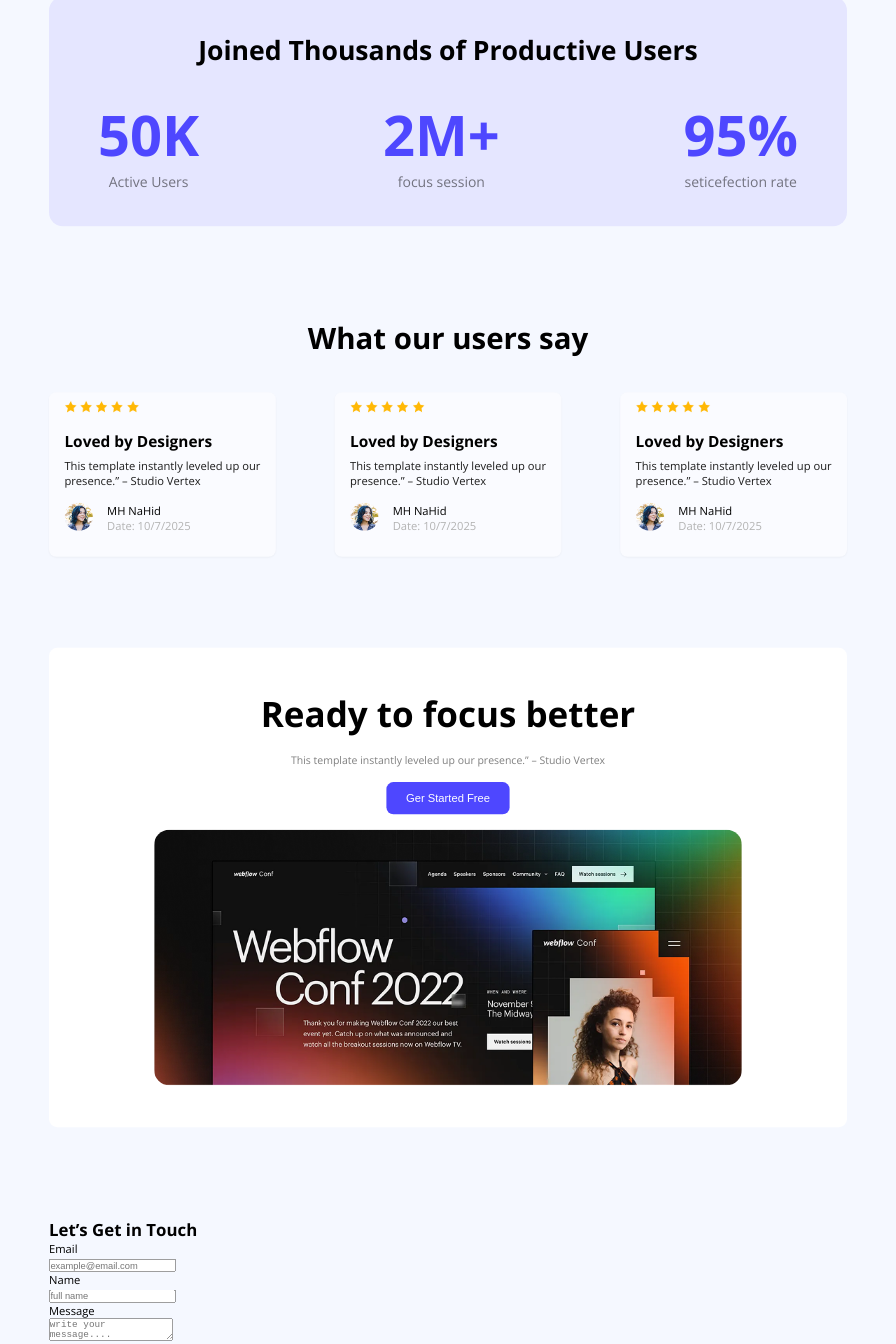
Repository: nahid-hasann/website-3
Page: index.html
An editor plug-in stored every save of this project. The page is shown before and after the next save, followed by the edit.
The browser window is 1280 px wide. The pictures show the part of the page from y = 1306 to 3226 px (the page is 3226 px tall), at 70% of full size.

Above is the page before, as saved 2025-07-10 22:23:03.

### index.html
<!DOCTYPE html>
<html lang="en">
<head>
    <meta charset="UTF-8">
    <meta name="viewport" content="width=device-width, initial-scale=10">
    <title>MH NaHid</title>
    <link rel="preconnect" href="https://fonts.googleapis.com">
<link rel="preconnect" href="https://fonts.gstatic.com" crossorigin>
<link href="https://fonts.googleapis.com/css2?family=Open+Sans:ital,wght@0,300..800;1,300..800&family=Raleway:ital,wght@0,100..900;1,100..900&display=swap" rel="stylesheet">
<link rel="stylesheet" href="style.css">
</head>
<body class="open-sans-normal">


<header class="header-section">
      <section class="section-1">
       <h1 style="font-size: 34px; color: #4e47ff;">LOGO</h1>
       <button class="btn">Sign Up</button>
      </section>

      <section class="section-2">
        <h1 style="font-size: 65px; text-align: center;">Cool Dark UI Template for <br> Webflow Agencies!</h1>
        <br>
        <br>
        <button class="btn">Stay Focused</button>
      </section>


</header>


<main>

<section class="action-section">

<div class="action-title">
    <h1>See It in Action</h1>
    <br>
    <p>Explore the live preview and imagine your brand <br> in this bold new look.</p>
    <br>
    <button class="btn">Launch Live Preview</button>
</div>

<div class="action-img">
    <img src="Assets/wc-mini.png" alt="">
</div>


</section>

<section class="productive-user">

     <h1 style="text-align: center; font-size: 38px ; font-weight: 700;">Joined Thousands of Productive Users</h1>

     <div class="productive-user-review">

       <div class="productive-user-songkha">
         <h1>50K</h1>
         <p>Active Users</p>
       </div>
       <div class="productive-user-songkha">
         <h1>2M+</h1>
         <p>focus session</p>
       </div>
       <div class="productive-user-songkha">
         <h1>95%</h1>
         <p>seticefection rate</p>
       </div>

     </div>



</section>


<section class="feedback-section">

    <h1>What our users say</h1>

    <div class="feedback-flex">

   <div class="feedback-review">

        <div class="star">
            <img src="Assets/icon-star.png" alt="">
        <img src="Assets/icon-star.png" alt="">
        <img src="Assets/icon-star.png" alt="">
        <img src="Assets/icon-star.png" alt="">
        <img src="Assets/icon-star.png" alt="">
        <h4>Loved by Designers</h4>
        <p>This template instantly leveled up our <br> presence.” – Studio Vertex</p>
        </div>
        <div class="reviwer">
            <div class="reviwer-img">
                <img src="Assets/avatar.png" alt="">
            </div>
            <div class="reviwer-text">
                <p >MH NaHid</p>
                 <p class="date">Date: 10/7/2025</p>
            </div>
        </div>

    </div>

       <div class="feedback-review">

        <div class="star">
            <img src="Assets/icon-star.png" alt="">
        <img src="Assets/icon-star.png" alt="">
        <img src="Assets/icon-star.png" alt="">
        <img src="Assets/icon-star.png" alt="">
        <img src="Assets/icon-star.png" alt="">
        <h4>Loved by Designers</h4>
        <p>This template instantly leveled up our <br> presence.” – Studio Vertex</p>
        </div>
        <div class="reviwer">
            <div class="reviwer-img">
                <img src="Assets/avatar.png" alt="">
            </div>
            <div class="reviwer-text">
                <p>MH NaHid</p>
                 <p class="date">Date: 10/7/2025</p>
            </div>
        </div>

    </div>

       <div class="feedback-review">

        <div class="star">
            <img src="Assets/icon-star.png" alt="">
        <img src="Assets/icon-star.png" alt="">
        <img src="Assets/icon-star.png" alt="">
        <img src="Assets/icon-star.png" alt="">
        <img src="Assets/icon-star.png" alt="">
        <h4>Loved by Designers</h4>
        <p>This template instantly leveled up our <br> presence.” – Studio Vertex</p>
        </div>
        <div class="reviwer">
            <div class="reviwer-img">
                <img src="Assets/avatar.png" alt="">
            </div>
            <div class="reviwer-text">
                <p>MH NaHid</p>
                 <p class="date">Date: 10/7/2025</p>
            </div>
        </div>

    </div>

    </div>

</section>

<section class="free-section">

    <div class="free">
        <h1>Ready to focus better</h1>
        <br>
        <p>This template instantly leveled up our presence.” – Studio Vertex</p>
        <br>
        <button class="btn">Ger Started Free</button>
        <br>
        <img src="Assets/wc-big.png" alt="">
    </div>

</section>

<section class="contact-form">

<h1>Let’s Get in Touch</h1>
<div class="form">

    <form action="">

        <label for="">Email</label> <br>
        <input type="email" name="" placeholder="example@email.com" id=""> <br>
        <label for="">Name</label> <br>
        <input type="text" placeholder="full name"> <br>
        <label for="">Message</label> <br>
        <textarea name="" placeholder="write your message...." id=""></textarea> <br>

    </form>

</div>


</section>


</main>






</body>
</html>

### style.css
*{
    margin: 0;
    padding: 0;
    box-sizing: border-box;
}

body{
    background-color: #f5f8ff;
}


.open-sans-normal {
  font-family: "Open Sans", sans-serif;
  font-optical-sizing: auto;
  font-style: normal;
  font-variation-settings:
    "wdth" 100;
}

.header-section{
    background-image: url('Assets/Hero-bg.png');
    background-repeat: no-repeat;
    background-position: center;
    background-size: cover;
    /* height: 700px; */
}

.section-1{
    display: flex;
    justify-content: space-between;
    padding: 40px 0;
    width: 1140px;
    margin: auto;
}

.btn{
    padding: 14px 28px;
    border: none;
    background-color: #4e47ff ;
    color: white;
    border-radius: 10px;
    display: block;
    font-size: 16px;
}

.btn:hover{
    background-color: yellow;
    padding: 14px 30px;
    transition: 0.5s;
    color: black;
}

.section-2{

    display: flex;
    flex-direction: column;
    justify-content: center;
    align-items: center;
    margin:  auto;
    padding: 158px 0;

}

main{
    width: 1140px;
    margin: auto;
}

.action-section{
    display: flex;
    justify-content: space-between;
    margin: 130px 0;
}

.action-title{
    margin: auto 0;
}

.action-img img{
    border-radius: 20px;
    width: 404px;
    height: 328px;
}

.action-title h1{
    font-size: 44px;
}

.action-title p{
    color: rgba(37, 36, 50, 0.5);
    font-size: 24px;
}

.productive-user{
    background-color: #e5e6ff;
    padding: 50px 70px;
    /* display: flex; */
    /* flex-direction: column; */
    /* justify-content: space-between; */
    /* align-items: center; */
    border-radius: 20px;
    margin-bottom: 130px;
}

.productive-user-review {
    display: flex;
    margin-top: 40px;
    gap: 40px;
    justify-content: space-between;
    align-items: center;
}

.productive-user-songkha h1{
    text-align: center;
    font-size: 80px;
    color: #4e47ff;
}

.productive-user-songkha p{
    text-align: center;
    font-size: 20px;
    color: rgba(0, 0, 0, 0.5);
}

.feedback-section{
    margin-bottom: 130px;
}

.feedback-section h1{
    font-size: 42px;
    font-weight: 700;
    text-align: center;
    margin-bottom: 50px;
}



.reviwer{
    display: flex;
    gap: 20px;
    margin: 20px 0;
}

.reviwer-img img{
     border-radius: 50%;
}

.feedback-flex{
    display: flex;
    flex-direction: row;
    justify-content: space-between;
    align-items: center;
}

.feedback-review{
      background-color: #fafbff;
      box-shadow: 0 1px 3px rgba(0, 0, 0, 0.05);
      padding: 12px 22px;
      border-radius: 10px;
}

.star h4{
    font-size: 22px;
    font-weight: 700;
    margin-top: 20px;
    margin-bottom: 10px;
}


.date{
    color: rgba(179, 179, 179, 1);
    font-weight: 300;
}

.star p {
    color: rgba(30, 30, 30, 1);
}

.free-section{
    background-color: rgba(255, 255, 255, 1);
    border-radius: 12px;
    padding: 60px 80px;
    display: flex;
    flex-direction: column;
    justify-content: center;
    align-items: center;
    margin-bottom: 130px;
}

.free{
    display: flex;
    flex-direction: column;
    justify-content: center;
    align-items: center;
}

.free h1{
    font-size: 50px ;
    font-weight: 700;
}

.free p{
    color: rgba(0, 0, 0, 0.5);
    font-size: 15px;
}

.free img{
    border-radius: 22px;
}

.contact form{
    display: flex;
    flex-direction: column;
    justify-content: space-around;
    align-items: center;

}

After the next save:
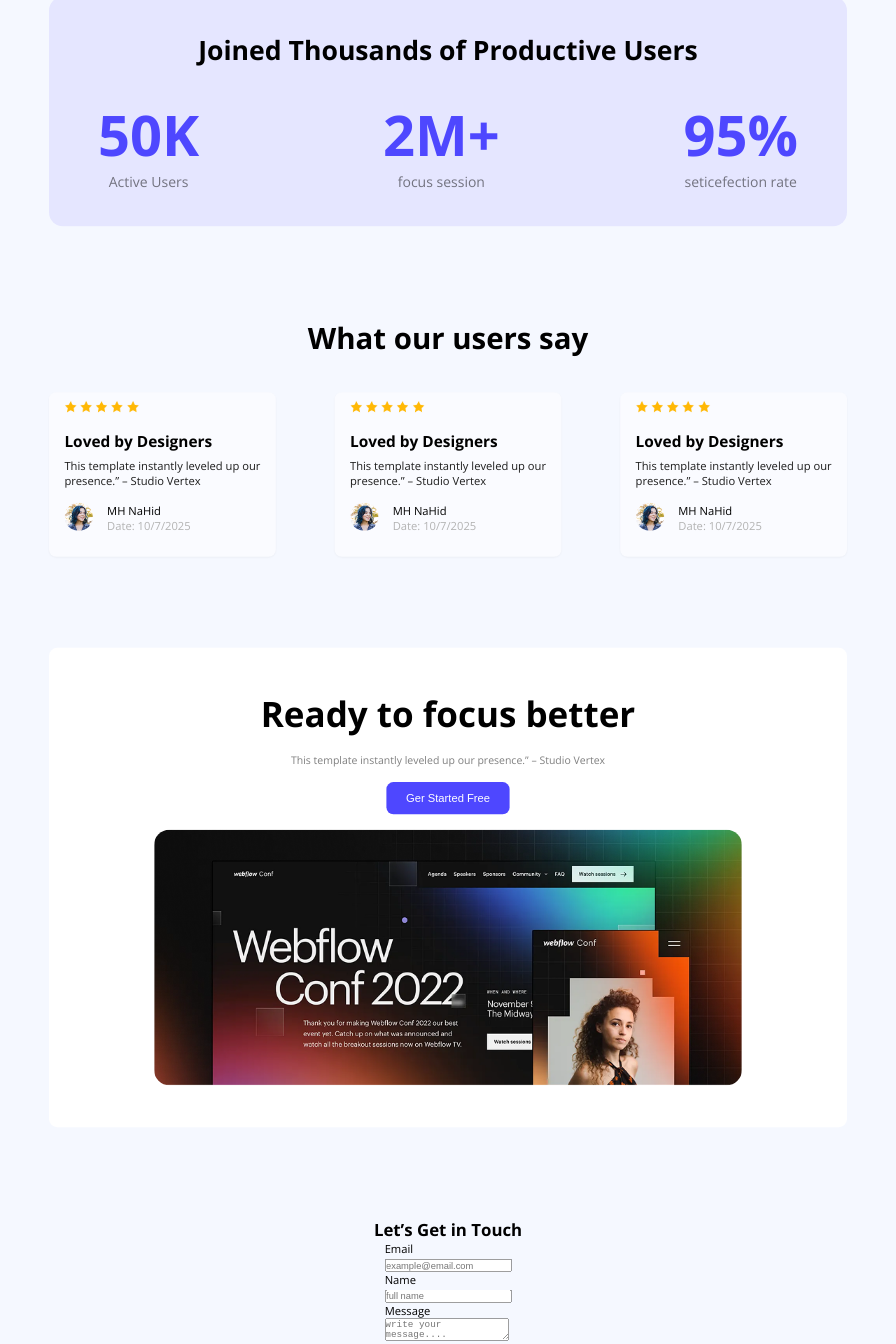
Saved 15 s later.
--- a/style.css
+++ b/style.css
@@ -208,7 +208,7 @@
     border-radius: 22px;
 }
 
-.contact form{
+.contact-form{
     display: flex;
     flex-direction: column;
     justify-content: space-around;
